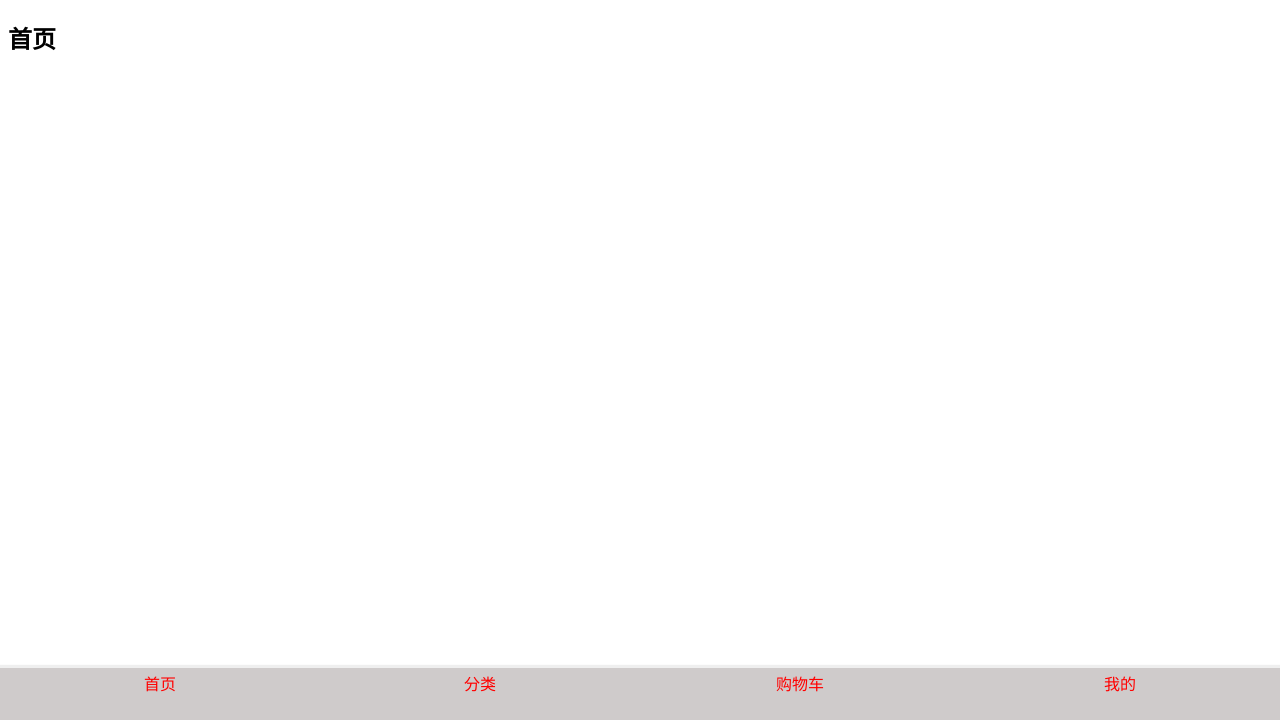
Repository: Shelwinliu/mobile-tabbar-demo
Page: /
These files come from the project's save history. The page is drawn as it stood at one moment and after the next save; the edit follows.
The browser window is 1280 px wide. The pictures show the whole page.
The project was rebuilt for these pictures with package versions that can differ from the ones it lists, and the page was loaded fresh each time.

Above is the page before, as saved 2021-07-18 09:20:50.

### public/index.html
<!DOCTYPE html>
<html lang="en">
  <head>
    <meta charset="utf-8">
    <meta http-equiv="X-UA-Compatible" content="IE=edge">
    <meta name="viewport" content="width=device-width,initial-scale=1.0">
    <link rel="icon" href="<%= BASE_URL %>favicon.ico">
    <title>tabbar01</title>
  </head>
  <body>
    <noscript>
      <strong>We're sorry but tabbar01 doesn't work properly without JavaScript enabled. Please enable it to continue.</strong>
    </noscript>
    <div id="app"></div>
    <!-- built files will be auto injected -->
  </body>
</html>

### src/App.vue
<template>
  <div id="app">
    <tab-bar>
      <tab-bar-item path='/home'>
        <img slot="item-icon" src="./assets/logo.png" alt="" />
        <div slot="item-text">首页</div>
      </tab-bar-item>
      <tab-bar-item path='/catergory'>
        <img slot="item-icon" src="./assets/logo.png" alt="" />
        <div slot="item-text">分类</div>
      </tab-bar-item>
      <tab-bar-item path='/cart'>
        <img slot="item-icon" src="./assets/logo.png" alt="" />
        <div slot="item-text">购物车</div>
      </tab-bar-item>
      <tab-bar-item path='/profile'>
        <img slot="item-icon" src="./assets/logo.png" alt="" />
        <div slot="item-text">我的</div>
      </tab-bar-item>
    </tab-bar>

    <router-view></router-view>
  </div>
</template>

<script>
import TabBar from "./components/tabbar/TabBar";
import TabBarItem from '@/components/tabbar/TabBarItem'

export default {
  name: "App",
  components: {
    TabBar,
    TabBarItem,
  },
};
</script>

<style>
</style>

### src/router.js
import Vue from 'vue'
import Router from 'vue-router'

Vue.use(Router)

const Home = () => import('./views/home/Home.vue')
const Catergory = () => import('./views/catergory/Catergory.vue')
const Cart = () => import('./views/cart/Cart.vue')
const Profile = () => import('./views/profile/Profile.vue')


export default new Router({
  mode: 'history',
  base: process.env.BASE_URL,
  routes: [
    {
      path: '',
      redirect: '/home'
    },
    {
      path: '/home',
      component: Home
    },
    {
      path: '/catergory',
      component: Catergory
    },
    {
      path: '/cart',
      component: Cart
    },
    {
      path: '/profile',
      component: Profile
    }
  ]
})

### src/components/tabbar/TabBar.vue
<template>
    <div id="tabbar">
      <slot></slot>
    </div>
</template>

<script>
export default {
  name: "TabBar",
  data() {
    return {};
  },
  components: {},
};
</script>

<style scoped>
@import "../../assets/css/base.css";

#tabbar {
  display: flex;
  position: fixed;
  bottom: 0;
  left: 0;
  right: 0;
  background: rgb(207, 203, 203);
  box-shadow: 0 -3px 1px rgba(100, 100, 100, 0.1);
}

</style>

### src/components/tabbar/TabBarItem.vue
<template>
  <div class="tab-bar-item" @click="itemClick">
      <div v-if="!isActive"><slot name="item-icon"></slot></slot></div>
      <div v-if="!isActive"><slot name="item-icon"></slot></slot></div>
      <div :class="{active: isActive}" >
        <slot name="item-text"></slot>
      </div>
  </div>
</template>

<script>
export default {
  name: "TabBarItem",
  props: {
    path: String
  },
  data() {
    return {
      isActive: true
    };
  },
  methods: {
    itemClick() {
      this.$router.replace(this.path).catch(err => err)
    }
  },
  components: {},
};
</script>

<style scoped>
.tab-bar-item {
  margin-top: 3px;
  flex: 1;
  text-align: center;
  height: 49px;
  font-style: 14px;
}
.tab-bar-item img {
  width: 24px;
  vertical-align: middle;
}
.active {
  color: red;
}
</style>

### src/views/home/Home.vue
<template>
 <div>
   <h2>首页</h2>
 </div>
</template>

<script>
 export default {
   name: 'Home',
   data () {
     return {

     }
   },
   components: {

   }
 }
</script>

<style scoped>


</style>

Loaded but not shown: src/main.js (common file); src/assets/css/base.css (common file)

After the next save:
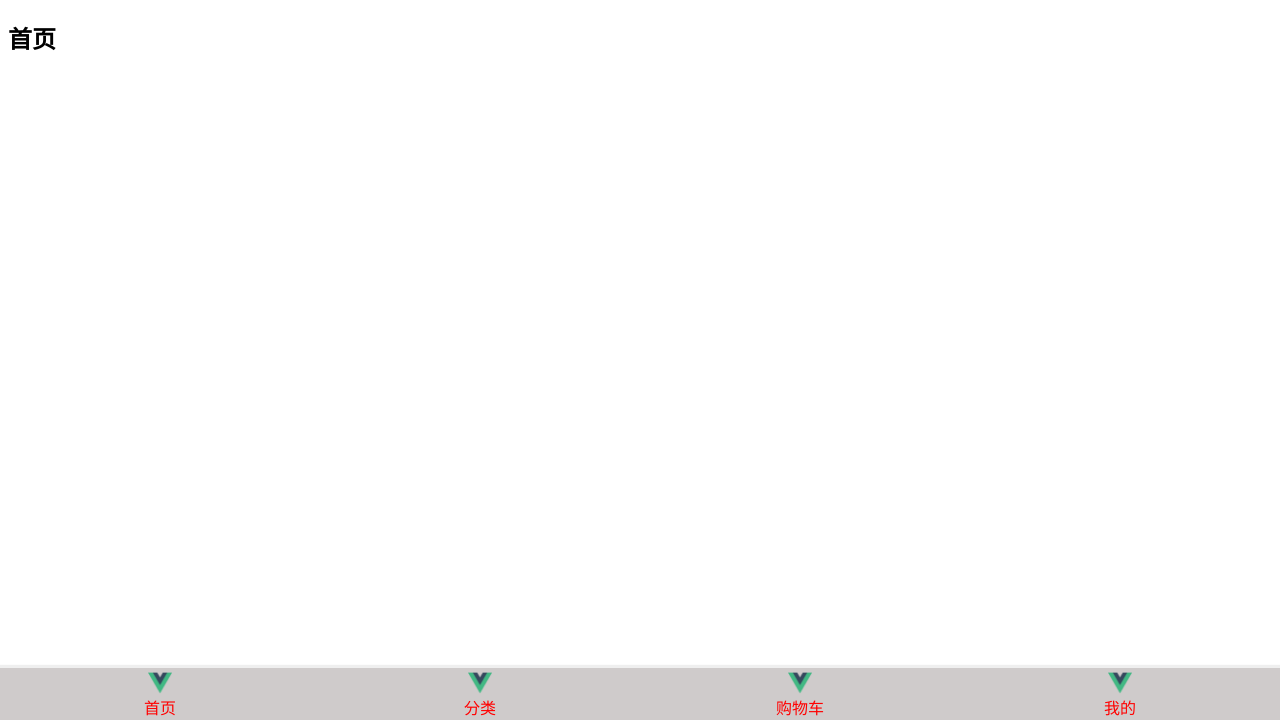
Saved 7 s later.
--- a/src/components/tabbar/TabBarItem.vue
+++ b/src/components/tabbar/TabBarItem.vue
@@ -1,7 +1,7 @@
 <template>
   <div class="tab-bar-item" @click="itemClick">
       <div v-if="!isActive"><slot name="item-icon"></slot></slot></div>
-      <div v-if="!isActive"><slot name="item-icon"></slot></slot></div>
+      <div v-else><slot name="item-icon"></slot></slot></div>
       <div :class="{active: isActive}" >
         <slot name="item-text"></slot>
       </div>

After the 2 saves that followed:
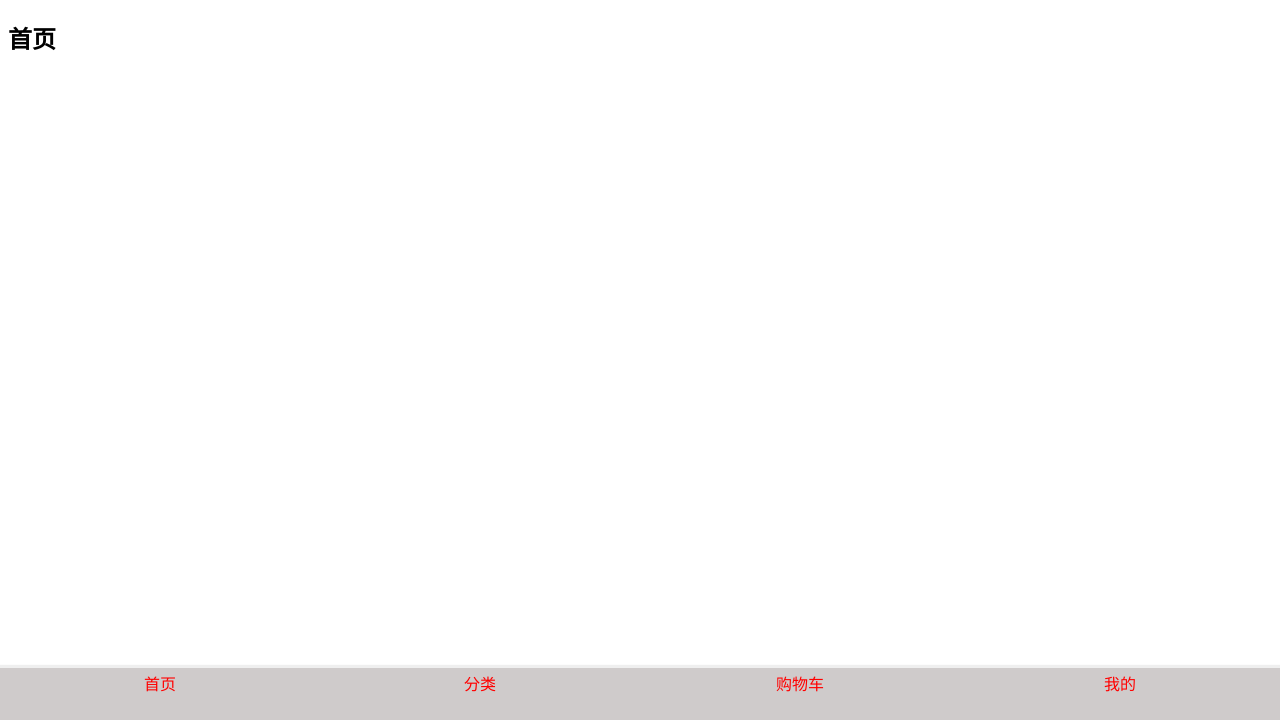
The 2 saves are shown as one change because they came seconds apart.
The last was saved 6 s later.
--- a/src/components/tabbar/TabBarItem.vue
+++ b/src/components/tabbar/TabBarItem.vue
@@ -1,7 +1,7 @@
 <template>
   <div class="tab-bar-item" @click="itemClick">
       <div v-if="!isActive"><slot name="item-icon"></slot></slot></div>
-      <div v-else><slot name="item-icon"></slot></slot></div>
+      <div v-else><slot name="item-icon-active"></slot></slot></div>
       <div :class="{active: isActive}" >
         <slot name="item-text"></slot>
       </div>
@@ -12,17 +12,17 @@
 export default {
   name: "TabBarItem",
   props: {
-    path: String
+    path: String,
   },
   data() {
     return {
-      isActive: true
+      isActive: true,
     };
   },
   methods: {
     itemClick() {
-      this.$router.replace(this.path).catch(err => err)
-    }
+      this.$router.replace(this.path).catch((err) => err);
+    },
   },
   components: {},
 };
